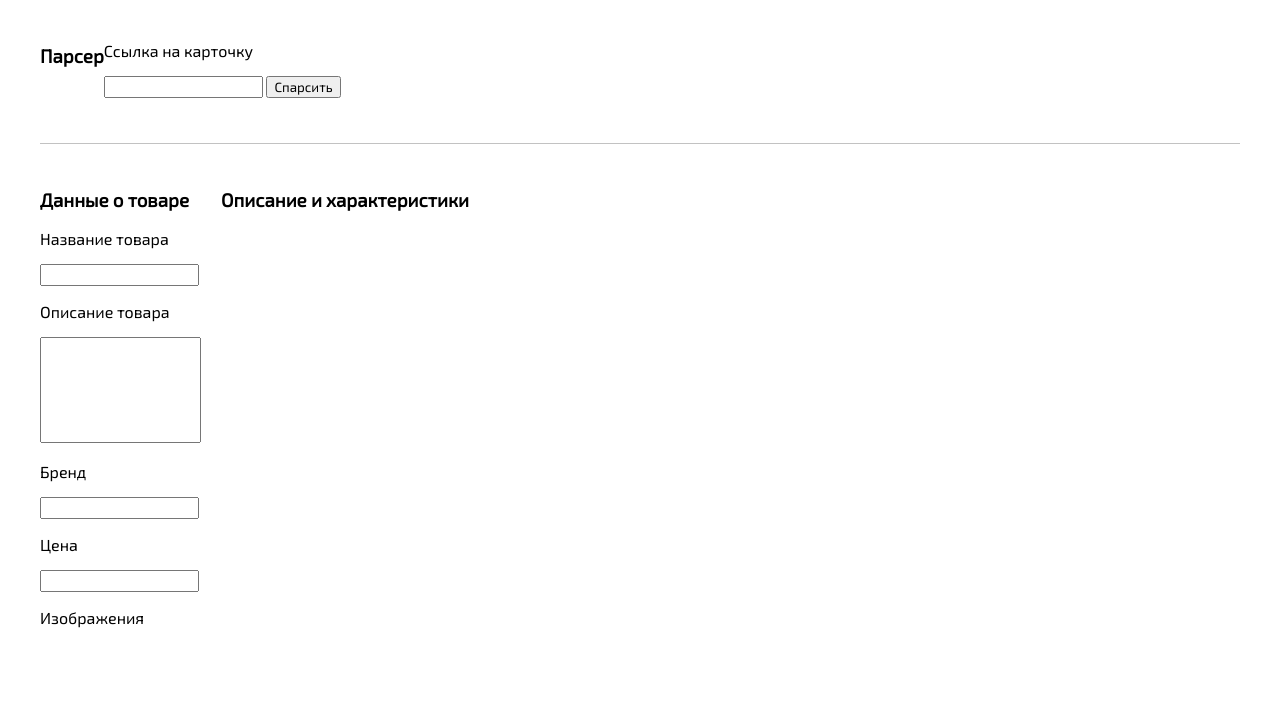
Repository: yozuul/wildberries-product-card-parser-api-exchange
Page: public/index.html
An editor plug-in stored every save of this project. The page is shown before and after the next save, followed by the edit.
The browser window is 1280 px wide. The pictures show the whole page.

Above is the page before, as saved 2021-08-18 18:33:45.

### public/index.html
<!DOCTYPE html>
<html lang="en">

<head>
   <meta charset="UTF-8">
   <meta http-equiv="X-UA-Compatible" content="IE=edge">
   <meta name="viewport" content="width=device-width, initial-scale=1.0">
   <title>Document</title>
   <link rel="stylesheet" href="style.css">
</head>

<body>
   <div class="parseFormWrapper">
      <div class="parseForm">
         <h3>Парсер</h3>
         <form name="parseForm">
            <p>Ссылка на карточку</p>
            <input type="text" id="cardURL">
            <button id="parseData">Спарсить</button>
         </form>
      </div>
   </div>
   <form class="productFormWrapper">
      <div class="productFormWrapperLeft productForm">
            <h3>Данные о товаре</h3>
            <div class="inputWrapper">
               <p>Название товара</p>
               <input type="text" name="productName" id="productName">
            </div>
            <div class="inputWrapper">
               <p>Описание товара</p>
               <textarea name="productDesc" id="productDesc"></textarea>
            </div>
            <div class="inputWrapper">
               <p>Бренд</p>
               <input type="text" name="productBrand" id="productBrand">
            </div>
            <div class="inputWrapper">
               <p>Цена</p>
               <input type="text" name="productPrice" id="productPrice">
            </div>
            <div class="inputWrapper">
               <p>Изображения</p>
            </div>
      </div>
      <div class="productFormWrapperRight productForm">
         <h3>Описание и характеристики</h3>
      </div>
   </form>
   <script src="index.js"></script>
</body>

</html>

### public/style.css
@import url('https://fonts.googleapis.com/css2?family=Exo+2&display=swap');

* {
   font-family: 'Exo 2', sans-serif;
}

body {
   padding: 0;
   margin: 0;
}
.productFormWrapper, .parseFormWrapper {
   max-width: 1200px;
   margin: auto;
   padding-top: 25px;
   padding-bottom: 25px;
}
.parseFormWrapper {
   border-bottom: 1px solid #9999;
}
.productFormWrapper {
   display: flex;
}
.productFormWrapperLeft {
   margin-right: 20px;
}
.parseForm {
   display: flex;
   flex-wrap: wrap;
   max-width: 600px;
}
.parseForm input {
   max-width: 600px;
   margin-bottom: 20px;
}
.productForm {
}
.productForm input, .productForm textarea {
   max-width: 600px;
}
.productForm textarea {
   height: 100px;
   resize: none;
}
.formWrapper p {
   margin-bottom: 5px;
   margin-top: 0;
}
.inputWrapper {
   margin-bottom: 10px;
}

Loaded but not shown: index.js (no copy from this time; the picture is the same without it)

After the next save:
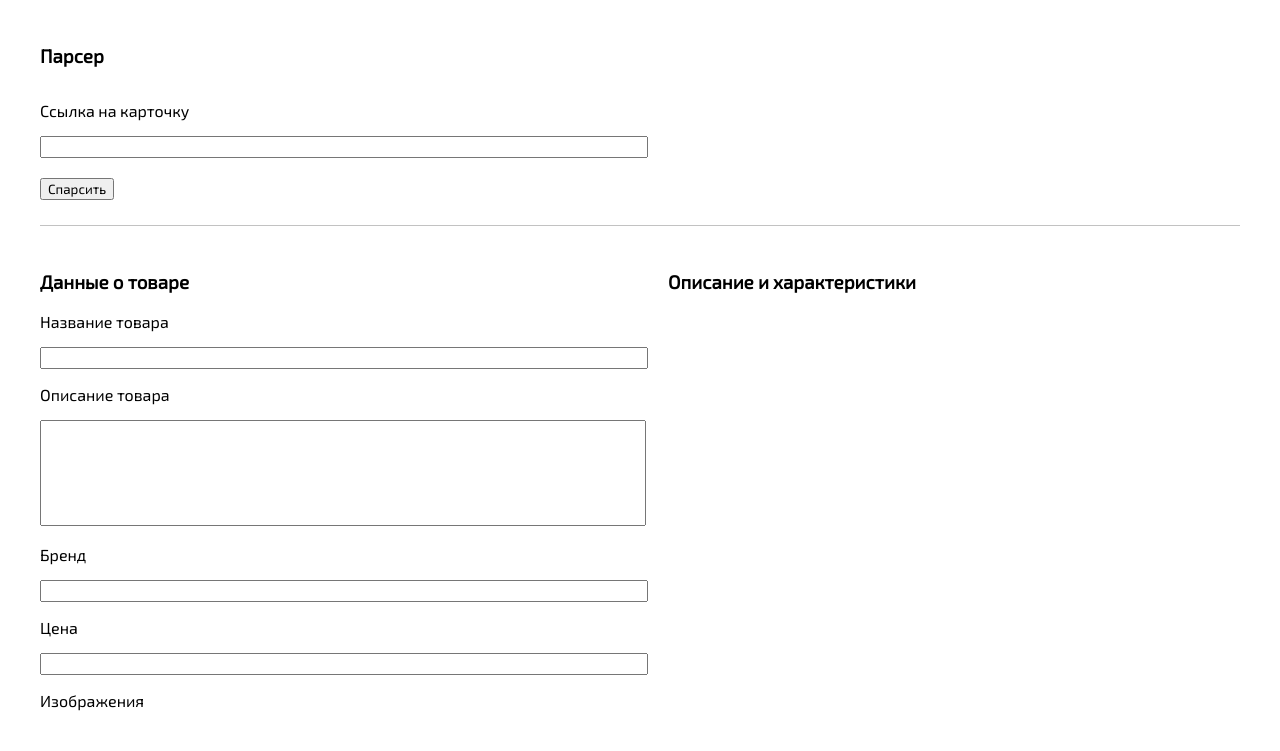
Saved 14 s later.
--- a/public/style.css
+++ b/public/style.css
@@ -29,13 +29,13 @@ body {
    max-width: 600px;
 }
 .parseForm input {
-   max-width: 600px;
+   width: 600px;
    margin-bottom: 20px;
 }
 .productForm {
 }
 .productForm input, .productForm textarea {
-   max-width: 600px;
+   width: 600px;
 }
 .productForm textarea {
    height: 100px;
